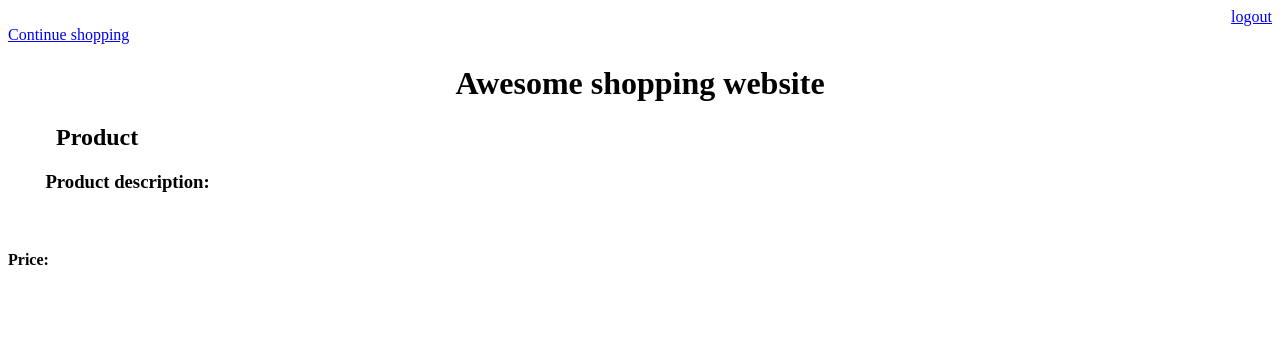
Repository: balu-sadanandan/demo-Shopping-cart-application
Page: http://localhost/shopping-cart/proddesc.jsp
An editor plug-in stored every save of this project. The page is shown before and after the next save, followed by the edit.
The browser window is 1280 px wide. The pictures show the whole page.
The page is served by Tomcat 9.

Above is the page before, as saved 2017-09-19 05:03:24.

After the next save:
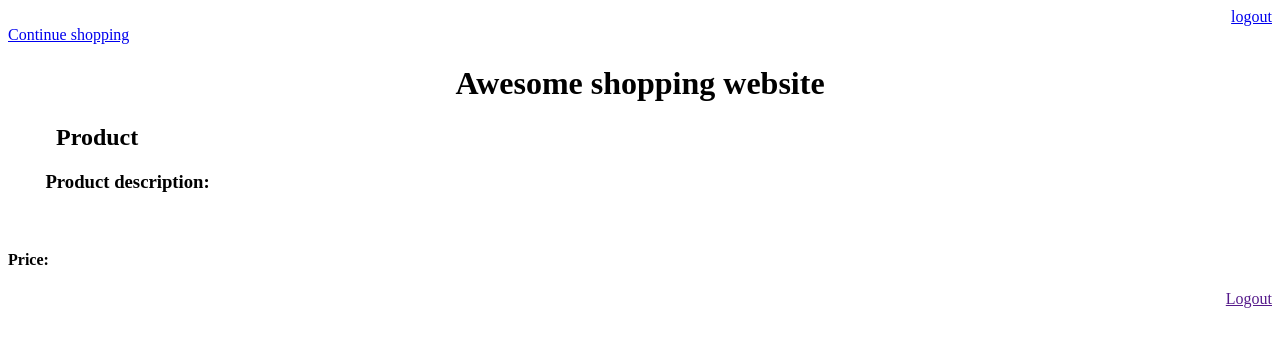
Saved 54 min 4 s later.
--- a/shopping-cart/WebContent/proddesc.jsp
+++ b/shopping-cart/WebContent/proddesc.jsp
@@ -26,6 +26,10 @@
     &nbsp;&nbsp;&nbsp;&nbsp;&nbsp;&nbsp;&nbsp;&nbsp;
     <h4>Price:</h4>
 </div>
+<div align="right">
+    <a href="">Logout</a>
+
+</div>
 
 
 </body>
